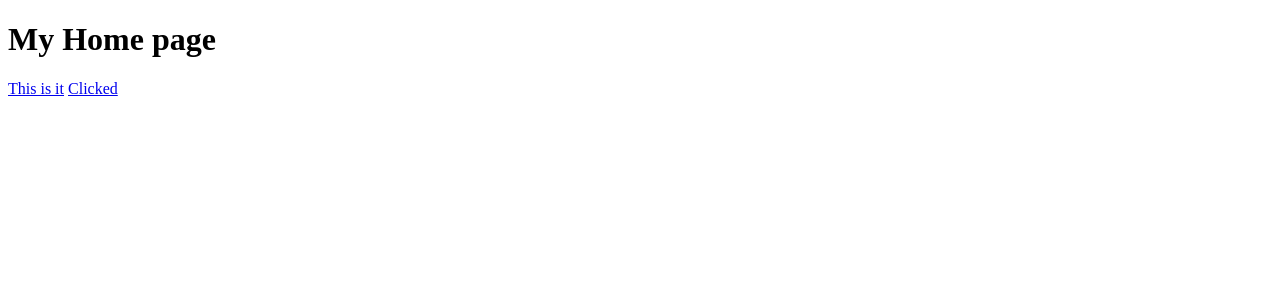
Repository: dan-10/Deloitte
Page: DeloitteTrainig/SpringMVCDemo/WebContent/Index.html
The author's editor kept a copy of each file at every save. The page is drawn from the files as they stood at one save, then again after the next save.
The browser window is 1280 px wide. The pictures show the whole page.

Above is the page before, as saved 2019-08-01 09:27:35.

After the next save:
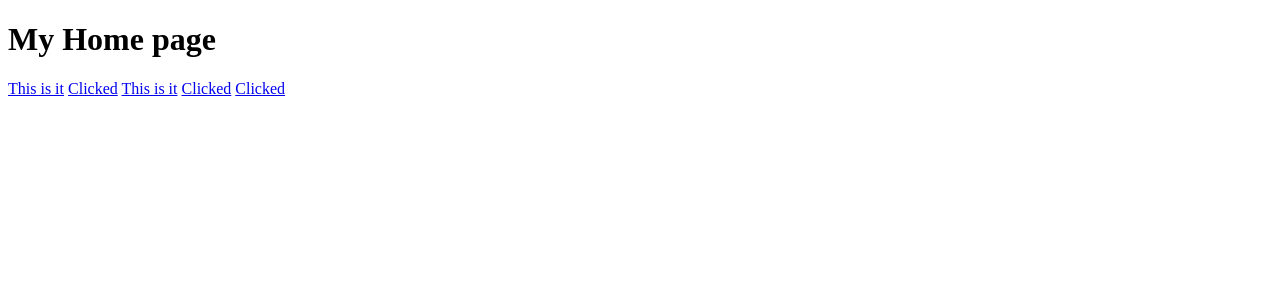
Saved 7 min 24 s later.
--- a/DeloitteTrainig/SpringMVCDemo/WebContent/Index.html
+++ b/DeloitteTrainig/SpringMVCDemo/WebContent/Index.html
@@ -6,7 +6,10 @@
 </head>
 <body>
 <h1>My Home page</h1>
-<a href = "Hello.html">This is it</a>
-<a href = "a.do">Clicked</a>
+<a href = "Add.do">This is it</a>
+<a href = "Update.do">Clicked</a>
+<a href = "Delete.do">This is it</a>
+<a href = "Find.do">Clicked</a>
+<a href = "FindAll.do">Clicked</a>
 </body>
 </html>
